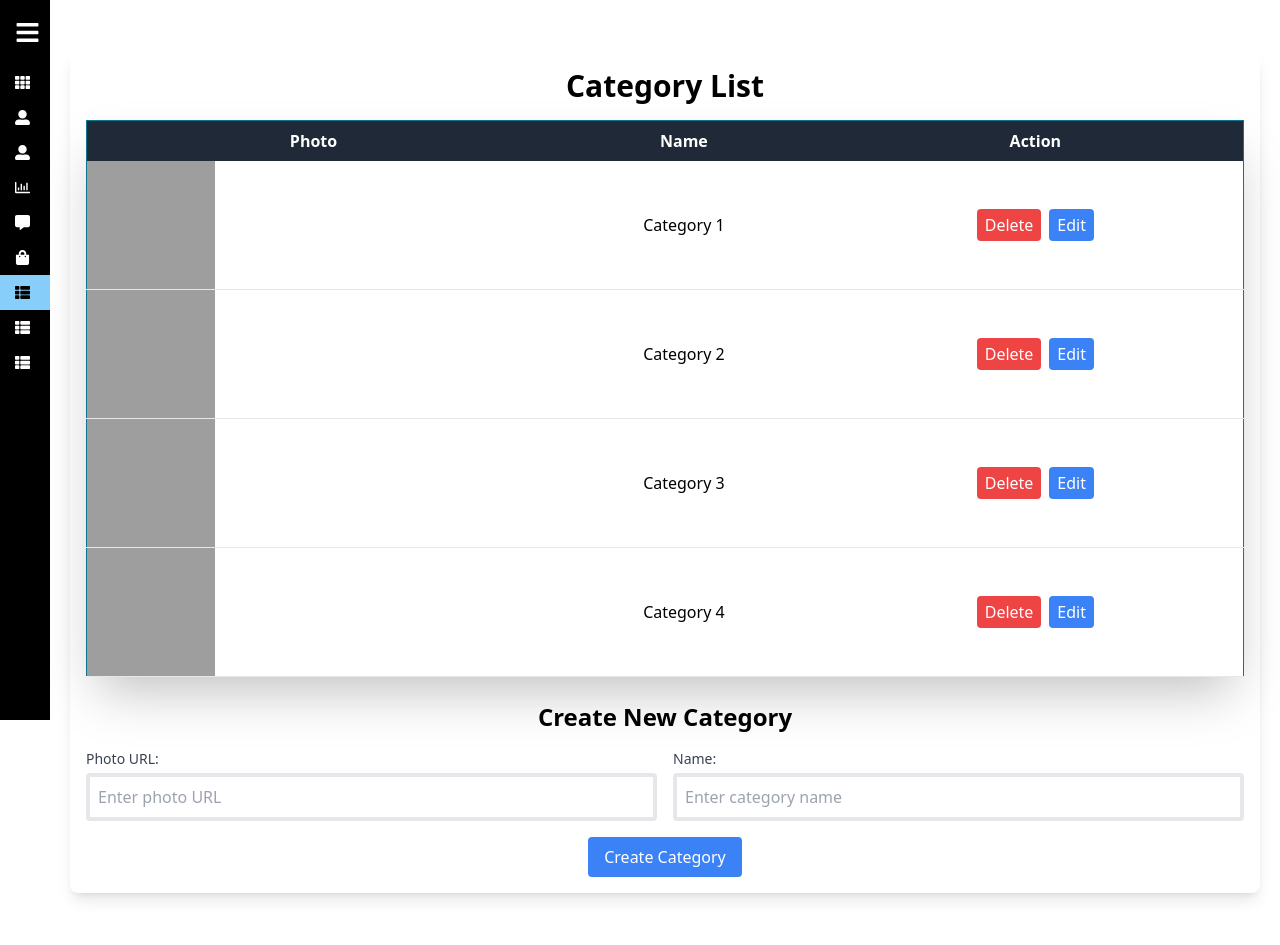
Repository: AndargWorku12/admin-dashboard
Page: /category
These files come from the project's save history. The page is drawn as it stood at one moment and after the next save; the edit follows.
The browser window is 1280 px wide. The pictures show the whole page.
Pictures or frames that could not be fetched are drawn as grey boxes. The project was rebuilt for these pictures with package versions that can differ from the ones it lists, and the page was loaded fresh each time. Also part of the build but not shown: src/pages/Dashboard.tsx, src/pages/Orders.tsx, src/pages/Login.tsx, src/pages/Analytics.tsx, src/pages/CustemerReview.tsx, src/pages/ProductList.tsx, src/pages/ShopCard.tsx, src/pages/SignUpForm.tsx.

Above is the page before, as saved 2024-01-26 00:12:41.

### src/index.tsx
import { ColorModeScript } from "@chakra-ui/react"
import * as React from "react"
import * as ReactDOM from "react-dom/client"
import App from "./App"
import './index.css'

const container = document.getElementById("root")
if (!container) throw new Error('Failed to find the root element');
const root = ReactDOM.createRoot(container)

root.render(

  <React.StrictMode>
    <ColorModeScript />
    <App />
  </React.StrictMode>,

)

### src/App.tsx

import React, {useState} from 'react';
import { BrowserRouter, Route, Routes } from 'react-router-dom';
import Sidebar from './components/Sidebar';
import Dashboard from './pages/Dashboard';
// import SignUpForm from './pages/LoginPopup'
import Orders from './pages/Orders';
import Category from './pages/Category';
import Login from './pages/Login'
import Analytics from './pages/Analytics';
import CustemerReview from './pages/CustemerReview';
import ProductList from './pages/ProductList';
import ShopCard from './pages/ShopCard';
import './App.css'
import SignUpForm from './pages/SignUpForm';




type SaleData = {
  date: string;
  amount: number;
};

type RevenueData = {
  month: string;
  revenue: number;
};

type Product = {
    id: string;
    photo: string;
    name: string;
    price: number;
    category: string;
};

type Order = {
    id: string;
    productName: string;
    quantity: number;
    totalPrice: number;

};

type CategoryType = {
  id: string;
  photo:string;
  name: string;
};



// Sample props for components
type DashboardProps = {
  saleData: SaleData[];
  revenueData: RevenueData[];
  // ... other props
};

type AnalyticsProps = {
  salesData: SaleData[];
  // ... other props
};

type ProductProps = {
  products: Product[];
  onUpdate: (productId: string, updatedProduct: Product) => void;

};




type OrderProps = {
  orders: Order[];
  // ... other props
};

type CategoryProps = {
  categories: CategoryType[];
  // ... other props
};







const App: React.FC = () => {


// for the product page to handle
  const [products, setProducts] = useState<Product[]>([


    {
      id: '1',
      photo: 'https://img.ltwebstatic.com/images3_pi/2022/01/10/16417919016a32607182dd11dedeb77e8324b683e8_thumbnail_900x.webp',
      name: 'Product 1',
      price: 29.99,
      category: 'Electronics',
    },
    {
      id: '2',
      photo: 'https://img.ltwebstatic.com/images3_pi/2022/01/10/16417919016a32607182dd11dedeb77e8324b683e8_thumbnail_900x.webp',
      name: 'Product 2',
      price: 49.99,
      category: 'Clothing',
    },
    {
      id: '3',
      photo: 'https://img.ltwebstatic.com/images3_pi/2022/01/10/16417919016a32607182dd11dedeb77e8324b683e8_thumbnail_900x.webp',
      name: 'Product 3',
      price: 9.99,
      category: 'Books',
    },
    {
      id: '4',
      photo: 'https://img.ltwebstatic.com/images3_pi/2022/01/10/16417919016a32607182dd11dedeb77e8324b683e8_thumbnail_900x.webp',
      name: 'Product 4',
      price: 79.99,
      category: 'Home and Kitchen',
    },
    {
      id: '5',
      photo: 'https://img.ltwebstatic.com/images3_pi/2022/01/10/16417919016a32607182dd11dedeb77e8324b683e8_thumbnail_900x.webp',
      name: 'Product 5',
      price: 39.99,
      category: 'Toys',
    },



  ]);

  // Function to handle creating a new product
  const handleCreate = (newProduct: Product) => {
    setProducts((prevProducts) => [...prevProducts, newProduct]);
  };

  // Function to handle updating a product

  const handleUpdate = (productId: string, newName: string, newPrice: number) => {
    setProducts((prevProducts) =>
      prevProducts.map((product) =>
        product.id === productId
          ? { ...product, name: newName, price: newPrice }
          : product
      )
    );
  };



  // Function to handle deleting a product
  const handleDelete = (productId: string) => {
    setProducts((prevProducts) => prevProducts.filter((product) => product.id !== productId));
  };

//  for AnalyticsPage
// for category page


const [categories, setCategories] = useState<CategoryType[]>([
  {
    id: '1',
    photo: 'https://plus.unsplash.com/premium_photo-1661662850226-83c981ed4eba?w=500&auto=format&fit=crop&q=60&ixlib=rb-4.0.3&ixid=M3wxMjA3fDB8MHxzZWFyY2h8MXx8bGFwdG9wJTIwY29tcHV0ZXJ8ZW58MHx8MHx8fDA%3D',
    name: 'Category 1',
  },
  {
    id: '2',
    photo: 'https://plus.unsplash.com/premium_photo-1661662850226-83c981ed4eba?w=500&auto=format&fit=crop&q=60&ixlib=rb-4.0.3&ixid=M3wxMjA3fDB8MHxzZWFyY2h8MXx8bGFwdG9wJTIwY29tcHV0ZXJ8ZW58MHx8MHx8fDA%3D',
    name: 'Category 2',
  },
  {
    id: '3',
    photo: 'https://plus.unsplash.com/premium_photo-1661662850226-83c981ed4eba?w=500&auto=format&fit=crop&q=60&ixlib=rb-4.0.3&ixid=M3wxMjA3fDB8MHxzZWFyY2h8MXx8bGFwdG9wJTIwY29tcHV0ZXJ8ZW58MHx8MHx8fDA%3D',
    name: 'Category 3',
  },
  {
    id: '4',
    photo: 'https://plus.unsplash.com/premium_photo-1661662850226-83c981ed4eba?w=500&auto=format&fit=crop&q=60&ixlib=rb-4.0.3&ixid=M3wxMjA3fDB8MHxzZWFyY2h8MXx8bGFwdG9wJTIwY29tcHV0ZXJ8ZW58MHx8MHx8fDA%3D',
    name: 'Category 4',
  },

]);

// Function to handle creating a new category
// const handleCreateCategory = (newCategory: CategoryType) => {
//   setCategories((prevCategories) => [...prevCategories, newCategory]);
// };
const handleCreateCategory = (newCategory: CategoryType) => {
  // Add the new category to the list of categories
  setCategories((prevCategories) => [...prevCategories, newCategory]);
};

const handleUpdateCategory = (categoryId: string, newName: string) => {
  setCategories((prevCategories) =>
    prevCategories.map((category) =>
      category.id === categoryId ? { ...category, name: newName } : category
    )
  );
};

// Function to handle deleting a category
const handleDeleteCategory = (categoryId: string) => {
  setCategories((prevCategories) => prevCategories.filter((category) => category.id !== categoryId));
};

  const saleData: SaleData[] = [
    { date: '2022-01-01', amount: 100 },
    { date: '2022-01-02', amount: 150 },
    { date: '2022-01-03', amount: 200 },
    { date: '2022-01-04', amount: 120 },
    { date: '2022-01-05', amount: 180 },
    { date: '2022-01-06', amount: 90 },
    { date: '2022-01-07', amount: 110 },
    { date: '2022-01-08', amount: 130 },
    { date: '2022-01-09', amount: 170 },
    { date: '2022-01-10', amount: 160 },
  ];

  const revenueData: RevenueData[] = [
    { month: 'January', revenue: 500 },
    { month: 'February', revenue: 700 },
    { month: 'March', revenue: 600 },
    { month: 'April', revenue: 800 },
    { month: 'May', revenue: 900 },
    { month: 'June', revenue: 750 },
    { month: 'July', revenue: 850 },
    { month: 'August', revenue: 950 },
    { month: 'September', revenue: 700 },
    { month: 'October', revenue: 850 },
  ];


   const [orders, setOrders] = useState<Order[]>([
    {
      id: '1',
      productName: 'Laptop',
      quantity: 2,
      totalPrice: 2000,
    },
    {
      id: '2',
      productName: 'Smartphone',
      quantity: 3,
      totalPrice: 1200,
    },
    {
      id: '3',
      productName: 'Headphones',
      quantity: 1,
      totalPrice: 100,
    },
    {
      id: '4',
      productName: 'Camera',
      quantity: 1,
      totalPrice: 800,
    },

   ]);

  // Function to create a new order
  const handleCreateOrder = (newOrder: Order) => {
    setOrders((prevOrders) => [...prevOrders, newOrder]);
  };

  // Function to delete an order
  const handleDeleteOrder = (orderId: string) => {
    const updatedOrders = orders.filter(order => order.id !== orderId);
    setOrders(updatedOrders);
  };

  // Function to update an order
  const handleUpdateOrder = (orderId: string, updatedOrder: Order) => {
    // Placeholder implementation: Updating the order in the list
    setOrders((prevOrders) =>
      prevOrders.map((order) =>
        order.id === orderId ? { ...order, ...updatedOrder } : order
      )
    );
  };

  return (
    <BrowserRouter>
    <Sidebar>
      <Routes>
        <Route path="/" element={<Dashboard saleData={saleData} revenueData={revenueData} />} />
        <Route path="/dashboard" element={<Dashboard saleData={saleData} revenueData={revenueData} />} />
       <Route path="/login" element={<Login/>}/>
        <Route path="/signup" element={<SignUpForm />} />
        <Route path="/review"element={<CustemerReview username="John" joinedDate="2022-01-01" reviewDate="2022-01-15" reviewText="Lorem ipsum" />}
/>

        <Route path="/analytics" element={<Analytics saleData={saleData} />} />
        <Route
  path="/product"
  element={<ProductList products={products} onCreate={handleCreate} onDelete={handleDelete} onUpdate={handleUpdate} />}
/>
        <Route path="/shop" element={<ShopCard />} />
        <Route
        path="/orders"
        element={
          <Orders
  orders={orders}
  onCreateOrder={handleCreateOrder}
  onDeleteOrder={handleDeleteOrder}
  onUpdateOrder={handleUpdateOrder}
/>
        }
      />

        <Route
            path="/category"
            element={<Category
              categories={categories}
              onCreate={handleCreateCategory}
              onDelete={handleDeleteCategory}
              onUpdate={handleUpdateCategory}
            />}
          />

      </Routes>
    </Sidebar>
  </BrowserRouter>
  );
};

export default App;

### src/components/Sidebar.tsx
import React, { useState } from 'react';
import ReactNode from "react";
import {
    FaTh,
    FaBars,
    FaUserAlt,
    FaRegChartBar,
    FaCommentAlt,
    FaShoppingBag,
    FaThList
} from 'react-icons/fa';
import { NavLink, NavLinkProps } from 'react-router-dom';



interface MenuItem {
    path: string;
    name: string;
    icon: JSX.Element;
}

interface SidebarProps {
  children: React.ReactNode;
}
    const Sidebar: React.FC<React.PropsWithChildren<{}>> = ({ children }) => {
    const [isOpen, setIsOpen] = useState(false);

    const toggle = () => setIsOpen(!isOpen);

    const menuItems: MenuItem[] = [
        {
            path: '/',
            name: 'Dashboard',
            icon: <FaTh />,
        },
        {
            path: '/login',
            name: 'Login',
            icon: <FaUserAlt />,
        },
        {
          path: '/signup',
          name: 'Register form',
          icon: <FaUserAlt />,
      },
        {
            path: '/analytics',
            name: 'Analytics',
            icon: <FaRegChartBar />,
        },
        {
            path: '/review',
            name: 'CustemerReview',
            icon: <FaCommentAlt />,
        },
        {
            path: '/product',
            name: 'Product',
            icon: <FaShoppingBag />,
        },
        {
            path: '/category',
            name: 'Category List',
            icon: <FaThList />,
        },
        {
          path: '/orders',
          name: 'Orders',
          icon: <FaThList />,
      },
      {
        path: '/shop',
        name: 'Sample product',
        icon: <FaThList />,
    },
    ];

    return (
        <div className="container">
            <div style={{ width: isOpen ? '200px' : '50px' }} className="sidebar">
                <div className="top_section">
                    <h1 style={{ display: isOpen ? 'block' : 'none' }} className="logo">
                        Logo
                    </h1>
                    <div style={{ marginLeft: isOpen ? '50px' : '0px' }} className="bars">
                        <FaBars onClick={toggle} />
                    </div>
                </div>
                {menuItems.map((item, index) => (
                    <NavLink to={item.path} key={index} className="link"
                    //  activeClassName="active"
                     >
                        <div className="icon">{item.icon}</div>
                        <div style={{ display: isOpen ? 'block' : 'none' }} className="link_text text-sm">
                            {item.name}
                        </div>
                    </NavLink>
                ))}
            </div>
            <main>{children}</main>
        </div>
    );
};

export default Sidebar;

### src/pages/Category.tsx
import React, { useState } from 'react';

interface Category {
  id: string;
  photo: string;
  name: string;
}

interface CategoryListProps {
  categories: Category[];
  onCreate: (newCategory: Omit<Category, 'id'> & { id?: string }) => void;
  onDelete: (categoryId: string) => void;
  onUpdate: (categoryId: string, newName: string) => void;
}

const CategoryList: React.FC<CategoryListProps> = ({
  categories,
  onCreate,
  onDelete,
  onUpdate,
}) => {
  const [newCategory, setNewCategory] = useState<Omit<Category, 'id'> & { id?: string }>({
    photo: '',
    name: '',
  });
  const [editingCategory, setEditingCategory] = useState<Category | null>(null);

  const handleCreateCategory = () => {
    onCreate({ ...newCategory, id: Date.now().toString() });
    setNewCategory({
      photo: '',
      name: '',
    });
  };

  const handleUpdateCategory = () => {
    if (editingCategory) {
      onUpdate(editingCategory.id, editingCategory.name);
      setEditingCategory(null);
    }
  };

  const handleDeleteCategory = (id: string) => {
    onDelete(id);
  };

  const handleEditCategory = (category: Category) => {
    setEditingCategory(category);
  };

  return (
    <div className="container mx-auto my-8 p-4 bg-white shadow-lg rounded-lg block gap-64 text-center">

      <h2 className="text-3xl font-bold mb-4">Category List</h2>
      <table className="w-full border border-cyan-700 w-max-80 shadow-2xl">
        <thead>
          <tr className="bg-gray-800 text-white">
            <th className="py-2">Photo</th>
            <th className="py-2">Name</th>
            <th className="py-2">Action</th>
          </tr>
        </thead>
        <tbody>
          {categories.map((category) => (
            <tr key={category.id} className="border-b">
              <td>
                <img src={category.photo} alt={category.name} className="w-32 h-32 object-cover" />
              </td>
              <td className="py-2">{category.name}</td>
              <td className="py-2">
                <button
                  onClick={() => handleDeleteCategory(category.id)}
                  className="bg-red-500 text-white px-2 py-1 rounded mr-2"
                >
                  Delete
                </button>
                <button
                  onClick={() => handleEditCategory(category)}
                  className="bg-blue-500 text-white px-2 py-1 rounded"
                >
                  Edit
                </button>
              </td>
            </tr>
          ))}
        </tbody>
      </table>

      <h2 className="text-2xl font-bold mt-6 mb-4">
        {editingCategory ? 'Edit Category' : 'Create New Category'}
      </h2>
      <div className="grid grid-cols-2 gap-4 text-start">
        <div>
          <label htmlFor="categoryPhoto" className="block text-sm font-medium text-gray-700">
            Photo URL:
          </label>
          <input
            type="text"
            id="categoryPhoto"
            placeholder="Enter photo URL"
            value={editingCategory ? editingCategory.photo : newCategory.photo}
            onChange={(e) =>
              editingCategory
                ? setEditingCategory({ ...editingCategory, photo: e.target.value })
                : setNewCategory({ ...newCategory, photo: e.target.value })
            }
            className="mt-1 p-2 border-4 rounded w-full"
          />
        </div>
        <div>
          <label htmlFor="categoryName" className="block text-sm font-medium text-gray-700">
            Name:
          </label>
          <input
            type="text"
            id="categoryName"
            placeholder="Enter category name"
            value={editingCategory ? editingCategory.name : newCategory.name}
            onChange={(e) =>
              editingCategory
                ? setEditingCategory({ ...editingCategory, name: e.target.value })
                : setNewCategory({ ...newCategory, name: e.target.value })
            }
            className="mt-1 p-2 border-4 rounded w-full"
          />
        </div>
      </div>
      <button
        onClick={editingCategory ? handleUpdateCategory : handleCreateCategory}
        className="mt-4 bg-blue-500 text-white px-4 py-2 rounded"
      >
        {editingCategory ? 'Update Category' : 'Create Category'}
      </button>

    </div>
  );
};

export default CategoryList;



// import React, { useState } from 'react';

// interface Category {
//   id: string;
//   photo: string;
//   name: string;
// }



//  interface CategoryListProps {
//   categories: Category[];
//   onCreateCategory: (newCategory: Omit<Category, 'id'> & { id?: string }) => void;
//   onDeleteCategory: (categoryId: string) => void;
//   onUpdateCategory: (categoryId: string, newName: string) => void;
//  }

// const CategoryList: React.FC<CategoryListProps> = ({
//   categories,
//   onCreateCategory,
//   onDeleteCategory,
//   onUpdateCategory,
// }) => {
//   const [newCategory, setNewCategory] = useState<Omit<Category, 'id'> & { id?: string }>({
//     photo: '',
//     name: '',
//   });
//   const [editingCategory, setEditingCategory] = useState<Category | null>(null);

//   const handleCreateCategory = () => {
//     onCreateCategory({ ...newCategory, id: Date.now().toString() });
//     setNewCategory({
//       photo: '',
//       name: '',
//     });
//   };

//   const handleUpdateCategory = () => {
//     if (editingCategory) {
//       onUpdateCategory(editingCategory.id, editingCategory.name);
//       setEditingCategory(null);
//     }
//   };

//   const handleDeleteCategory = (id: string) => {
//     onDeleteCategory(id);
//   };

//   const handleEditCategory = (category: Category) => {
//     setEditingCategory(category);
//   };

//   return (
//     <div className="container mx-auto my-8 p-4 bg-white shadow-lg rounded-lg block gap-64 text-center">
//       <h2 className="text-3xl font-bold mb-4">Category List</h2>
//       <table className="w-full border border-cyan-700 w-max-80">
//         <thead>
//           <tr className="bg-gray-800 text-white">
//             <th className="py-2">Photo</th>
//             <th className="py-2">Name</th>
//             <th className="py-2">Action</th>
//           </tr>
//         </thead>
//         <tbody>
//           {categories.map((category) => (
//             <tr key={category.id} className="border-b">
//               <td>
//                 <img src={category.photo} alt={category.name} className="w-12 h-12 object-cover" />
//               </td>
//               <td className="py-2">{category.name}</td>
//               <td className="py-2">
//                 <button
//                   onClick={() => handleDeleteCategory(category.id)}
//                   className="bg-red-500 text-white px-2 py-1 rounded mr-2"
//                 >
//                   Delete
//                 </button>
//                 <button
//                   onClick={() => handleEditCategory(category)}
//                   className="bg-blue-500 text-white px-2 py-1 rounded"
//                 >
//                   Edit
//                 </button>
//               </td>
//             </tr>
//           ))}
//         </tbody>
//       </table>

//       <h2 className="text-2xl font-bold mt-6 mb-4">
//         {editingCategory ? 'Edit Category' : 'Create New Category'}
//       </h2>
//       <div className="grid grid-cols-2 gap-4 text-start">
//         <div>
//           <label htmlFor="categoryPhoto" className="block text-sm font-medium text-gray-700">
//             Photo URL:
//           </label>
//           <input
//             type="text"
//             id="categoryPhoto"
//             placeholder="Enter photo URL"
//             value={editingCategory ? editingCategory.photo : newCategory.photo}
//             onChange={(e) =>
//               editingCategory
//                 ? setEditingCategory({ ...editingCategory, photo: e.target.value })
//                 : setNewCategory({ ...newCategory, photo: e.target.value })
//             }
//             className="mt-1 p-2 border-4 rounded w-full"
//           />
//         </div>
//         <div>
//           <label htmlFor="categoryName" className="block text-sm font-medium text-gray-700">
//             Name:
//           </label>
//           <input
//             type="text"
//             id="categoryName"
//             placeholder="Enter category name"
//             value={editingCategory ? editingCategory.name : newCategory.name}
//             onChange={(e) =>
//               editingCategory
//                 ? setEditingCategory({ ...editingCategory, name: e.target.value })
//                 : setNewCategory({ ...newCategory, name: e.target.value })
//             }
//             className="mt-1 p-2 border-4 rounded w-full"
//           />
//         </div>
//       </div>
//       <button
//         onClick={editingCategory ? handleUpdateCategory : handleCreateCategory}
//         className="mt-4 bg-blue-500 text-white px-4 py-2 rounded"
//       >
//         {editingCategory ? 'Update Category' : 'Create Category'}
//       </button>
//     </div>
//   );
// };

// export default CategoryList;

### src/App.css
* {
    margin: 0;
    padding: 0;
    text-decoration: none;
}

.container {
    display: flex;
}

main {
    width: 100%;
    padding: 20px;
}

.sidebar {
    background: #000;
    color: #fff;
    height: 100vh;
    width: 200px;
    transition: all 0.5s;
}

.top_section {
    display: flex;
    align-items: center;
    padding: 20px 15px;
}

.logo {
    font-size: 30px;
}

.bars {
    display: flex;
    font-size: 25px;
    margin-left: 50px;
}

.link {
    display: flex;
    color: #fff;
    padding: 10px 15px;
    gap: 15px;
    transition: all 0.5s;
}

.link:hover {
    background: lightskyblue;
    color: #000;
    transition: all 0.5s;
}

.active {
    background: lightskyblue;
    color: #000;
}

.icon,
.link_text {
    font-size: 15px;
}

Loaded but not shown: public/index.html (common file); src/index.css (common file); tailwind.config.js (common file)

After the next save:
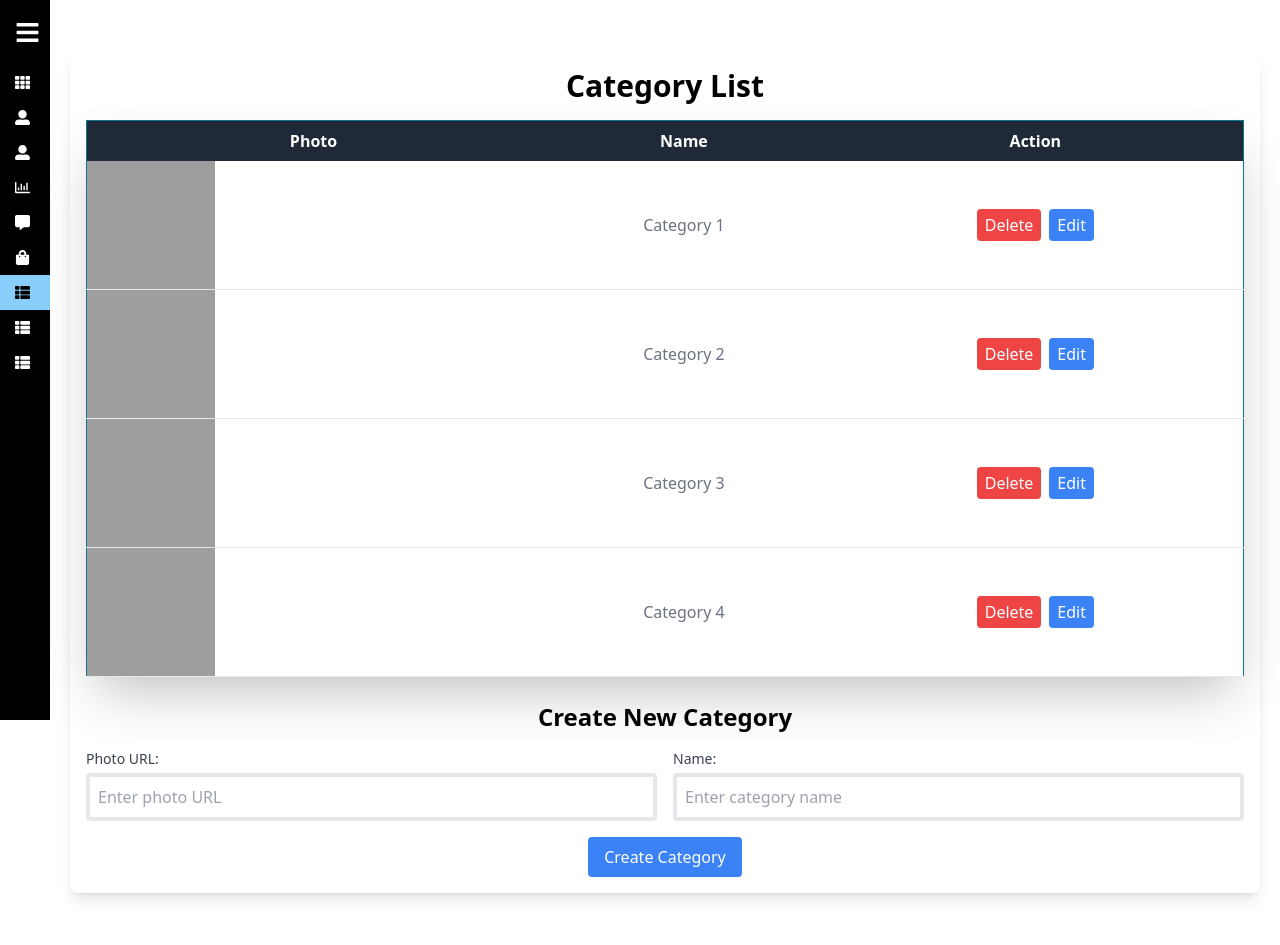
Saved 2 min 30 s later.
--- a/src/pages/Category.tsx
+++ b/src/pages/Category.tsx
@@ -52,7 +52,7 @@ const CategoryList: React.FC<CategoryListProps> = ({
     <div className="container mx-auto my-8 p-4 bg-white shadow-lg rounded-lg block gap-64 text-center">
 
       <h2 className="text-3xl font-bold mb-4">Category List</h2>
-      <table className="w-full border border-cyan-700 w-max-80 shadow-2xl">
+      <table className="w-full border border-cyan-700 w-max-80 shadow-2xl text-gray-500">
         <thead>
           <tr className="bg-gray-800 text-white">
             <th className="py-2">Photo</th>
